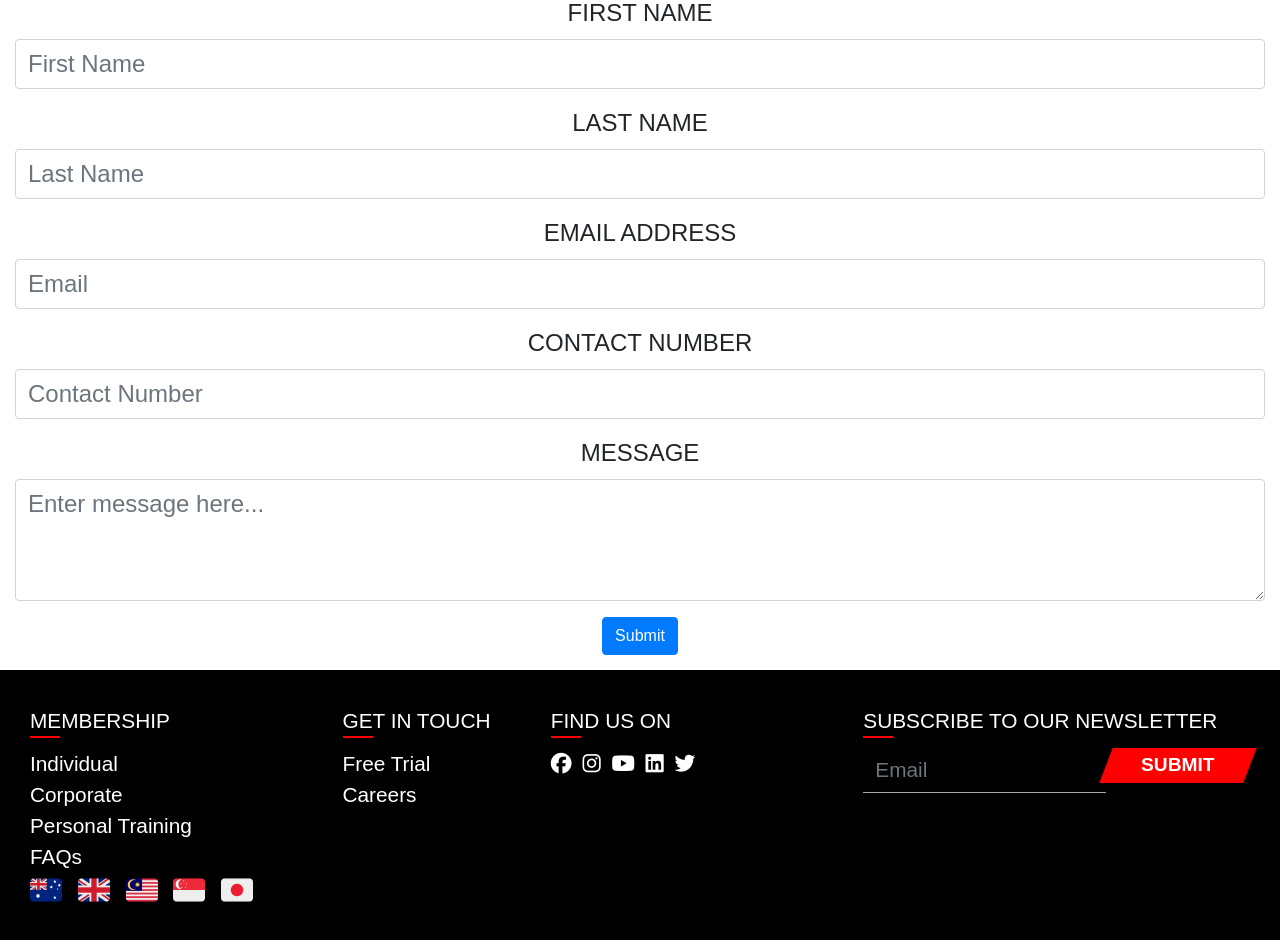
Repository: KJY93/User_Centric_Frontend_Development_Project
Page: contact.html
The author's editor kept a record of every edit. The page is drawn from the files as they stood at one moment, then again after the next edit.
The browser window is 1280 px wide. The pictures show the part of the page from y = 661 to 1613 px (the page is 1601 px tall before and 1613 px after).
Some web fonts or font styles are not loaded; a fallback is used. Some web libraries are served in a nearby version.

Above is the page before.

After the next edit:
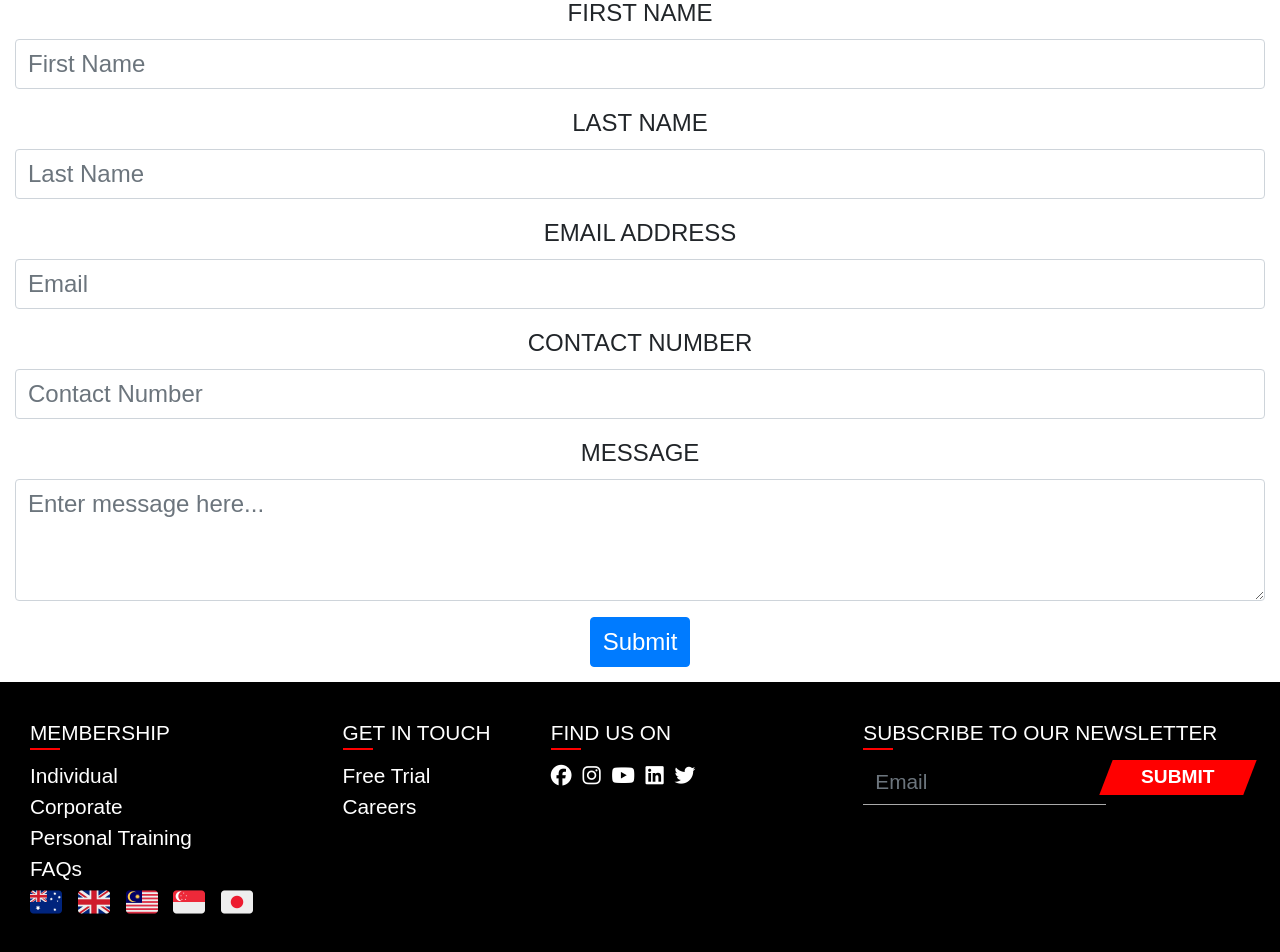
The edit:
--- a/static/styles.css
+++ b/static/styles.css
@@ -375,7 +375,8 @@
 		height: 550px;
 	}
 
-	.form-attribute, .form-placeholder:placeholder-shown, textarea:placeholder-shown {
+	.form-attribute, .form-placeholder:placeholder-shown, textarea:placeholder-shown,
+	.generic-submit-btn-container > button {
 	  font-size: 1.5em;
 	}
 
